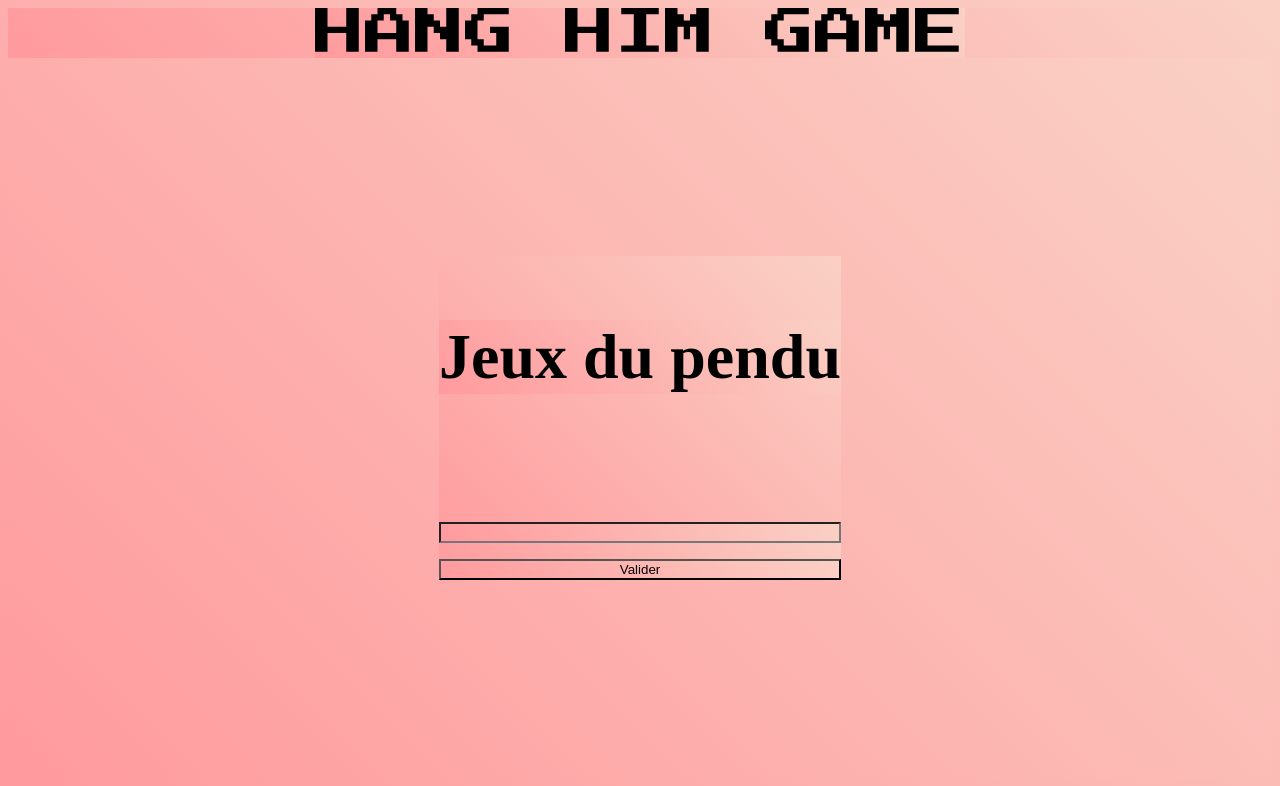
Repository: leandroBarbosaFR/Game-HangHim
Page: index.html
The author's editor kept a copy of each file at every save. The page is drawn from the files as they stood at one save, then again after a run of saves.
The browser window is 1280 px wide. The pictures show the whole page.

Above is the page before, as saved 2022-07-22 17:52:38.

### index.html
<!DOCTYPE html>
<html lang="en">
<head>
  <meta charset="UTF-8">
  <meta http-equiv="X-UA-Compatible" content="IE=edge">
  <meta name="viewport" content="width=device-width, initial-scale=1.0">
  <link rel="stylesheet" href="style.css">
  <link rel="preconnect" href="https://fonts.googleapis.com">
<link rel="preconnect" href="https://fonts.gstatic.com" crossorigin>
<link href="https://fonts.googleapis.com/css2?family=Press+Start+2P&display=swap" rel="stylesheet">
  <title>Hang Him Game</title>
</head>
<body>
  <div class="container">
    <span>HANG HIM GAME</span>
  </div>

  <section class="under-modal">
    <section id="jeux">
      <h1>Jeux du pendu</h1>
      <div id="jeux-container">
      </div>
      <form action="" id="input-form" name="pendu" method="get">
        <input type="text" id="input-letter" name="input-letter" maxlength="1">
        <input type="submit" value="Valider">
      </form>
    </section>
  </section>

</body>
</html>

### style.css
* {
  background-image: linear-gradient(45deg, #ff9a9e 0%, #fad0c4 99%, #fad0c4 100%);
}

.container {
  width: 100%;
  height: 100%;
  display: flex;
  justify-content: center;
  align-items: center;
  flex-direction: column;

}

span {
  font-family: 'Press Start 2P', cursive;
  font-size: 50px;
}

ul,
ol,
a {
  text-decoration: none;
  list-style: none;
  color: black;
}

.under-modal {
  display: flex;
  justify-content: center;
  align-items: center;
  flex-flow: column wrap;
  gap: 3rem;
  background-color: bisque;
  height: 100vh;
  width: 100%;
}

.under-modal h1 {
  font-size: 4rem;
}

button {
  font-size: 2rem;
  padding: 1.5rem 2.25rem;
  border: none;
  cursor: pointer;
  border-radius: 50px;
  background: linear-gradient(145deg, #e6cdb0, #fff4d2);
  box-shadow: 20px 20px 60px #d9c2a7, -20px -20px 60px #ffffe1;
}

button:hover {
  border-radius: 50px;
  background: #ffe4c4;
  box-shadow: inset 20px 20px 60px #d9c2a7, inset -20px -20px 60px #ffffe1;
}

.modal {
  position: relative;
  top: calc(-50vh - 200px);
  height: max-content;
  width: 400px;
  margin: 0 auto;
  padding: 3rem;
  background: rgba(0, 0, 0, 0.12);
  border-radius: 16px;
  box-shadow: 0 4px 30px rgba(0, 0, 0, 0.1);
  backdrop-filter: blur(9.5px);
  -webkit-backdrop-filter: blur(9.5px);
  border: 1px solid rgba(0, 0, 0, 0.32);
}

.close {
  position: absolute;
  top: 1rem;
  right: 1rem;
  color: red;
  font-size: 2rem;
}

.close:hover {
  transform: scale(1.5);
  cursor: pointer;
}


.formulaire{
  padding: 1rem;
}

form{

    display: flex;
    flex-flow: column wrap;
    gap: 1rem;
  }

  #jeux{
    display: flex;
    flex-flow: column wrap;
    gap: 2rem;
  }

  #jeux-container{
    display: flex;
    gap: 1rem;
    flex-flow: row wrap;
  }

  .letter{
    height: max-content;
    width: max-content;
    border-bottom: 2px solid black;
    font-size: 2rem;
    text-transform: uppercase;
  }

  .lettersPlayed{
    display: flex;
  flex-flow: row wrap;
  gap:1rem;
}

.hidden {
  display: none;
}

After the next 5 saves:
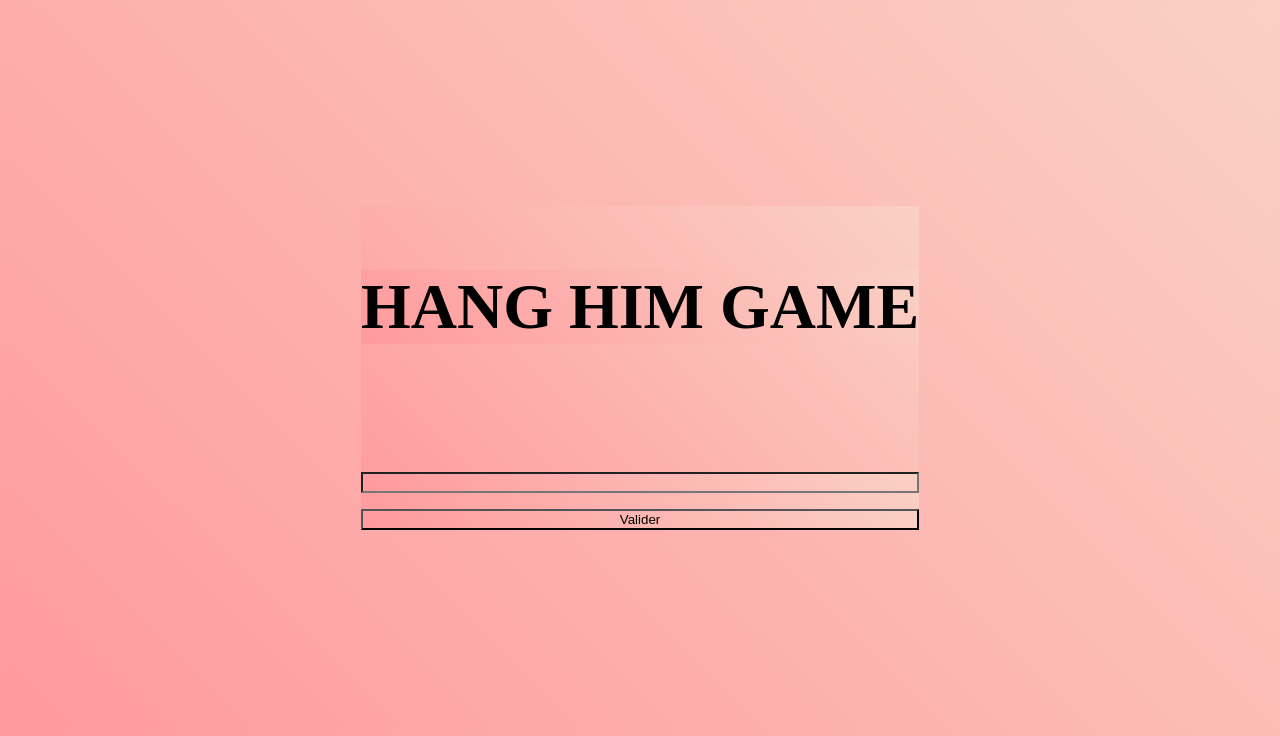
The 5 saves are shown as one change because they came seconds apart.
The last was saved 32 s later.
--- a/index.html
+++ b/index.html
@@ -12,12 +12,12 @@
 </head>
 <body>
   <div class="container">
-    <span>HANG HIM GAME</span>
+
   </div>
 
   <section class="under-modal">
     <section id="jeux">
-      <h1>Jeux du pendu</h1>
+      <h1>HANG HIM GAME</h1>
       <div id="jeux-container">
       </div>
       <form action="" id="input-form" name="pendu" method="get">
